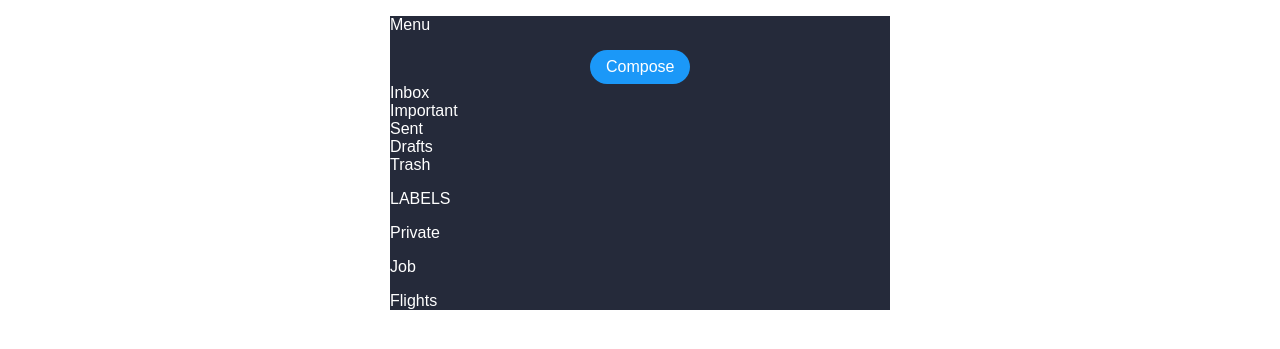
Repository: Gumiin/studia
Page: lesson4/index.html
These files come from the project's save history. The page is drawn as it stood at one moment and after the next save; the edit follows.
The browser window is 1280 px wide. The pictures show the whole page.

Above is the page before, as saved 2021-04-07 18:09:49.

After the next save:
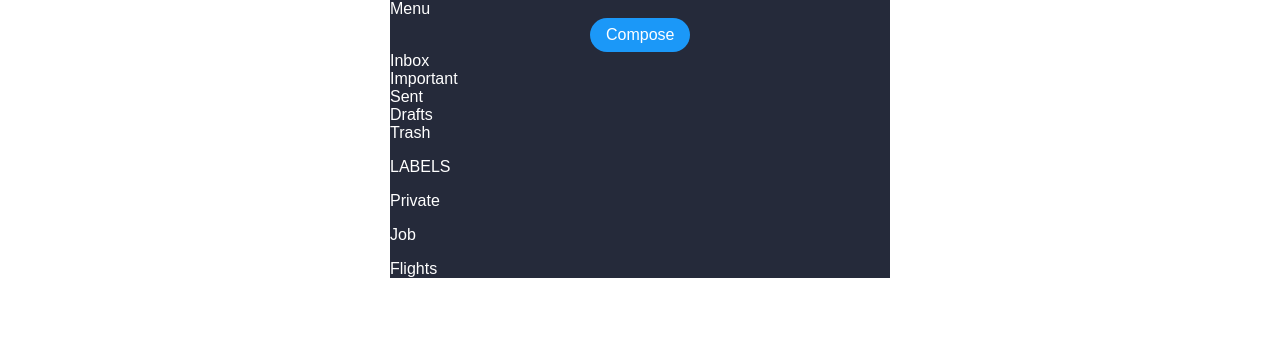
Saved 10 s later.
--- a/lesson4/index.html
+++ b/lesson4/index.html
@@ -9,7 +9,7 @@
 </head>
 <body>
     <div id="menus">
-        <p style="border: 0px;">Menu</p>
+        <p style="border: 0px;margin: 0px;">Menu</p>
         <a href=""><div id="compose">Compose</div></a>
         <nav>
             <a href=""><div class="menu">Inbox</div></a>
